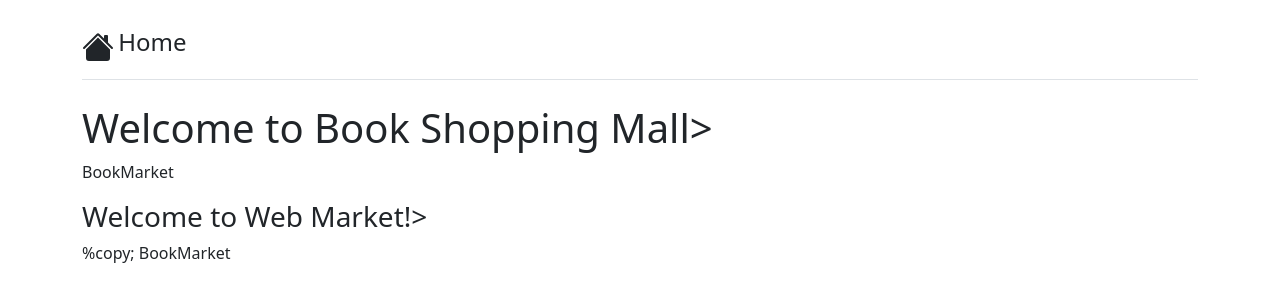
Repository: sanghyunlee7680/JSP-practice
Page: http://localhost/bookmarket/
An editor plug-in stored every save of this project. The page is shown before and after the next save, followed by the edit.
The browser window is 1280 px wide. The pictures show the whole page.
The page is served by Tomcat 10.

Above is the page before, as saved 2024-10-08 02:29:46.

After the next save:
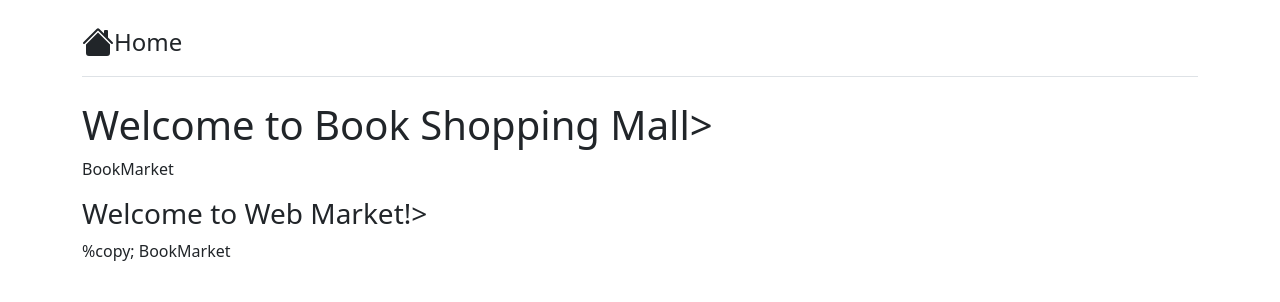
Saved 51 s later.
--- a/bookmarket/src/main/webapp/welcome.jsp
+++ b/bookmarket/src/main/webapp/welcome.jsp
@@ -10,7 +10,7 @@
 <body>
 	<div class="container py-4">
 		<header class="pb-3 mb-4 border-bottom">
-			<a>
+			<a href="./welcome.jsp" class="d-flex align-items-center text-dark text-decoration-none">
 				<svg  width="32" height="32" fill="currentColor" class="bi bi-house-fill" viewBox="0 0 16 16">
             		<path d="M8.707 1.5a1 1 0 0 0-1.414 0L.646 8.146a.5.5 0 0 0 .708.708L8 2.207l6.646 6.647a.5.5 0 0 0 .708-.708L13 5.793V2.5a.5.5 0 0 0-.5-.5h-1a.5.5 0 0 0-.5.5v1.293L8.707 1.5Z"/>
             		<path d="m8 3.293 6 6V13.5a1.5 1.5 0 0 1-1.5 1.5h-9A1.5 1.5 0 0 1 2 13.5V9.293l6-6Z"/>
